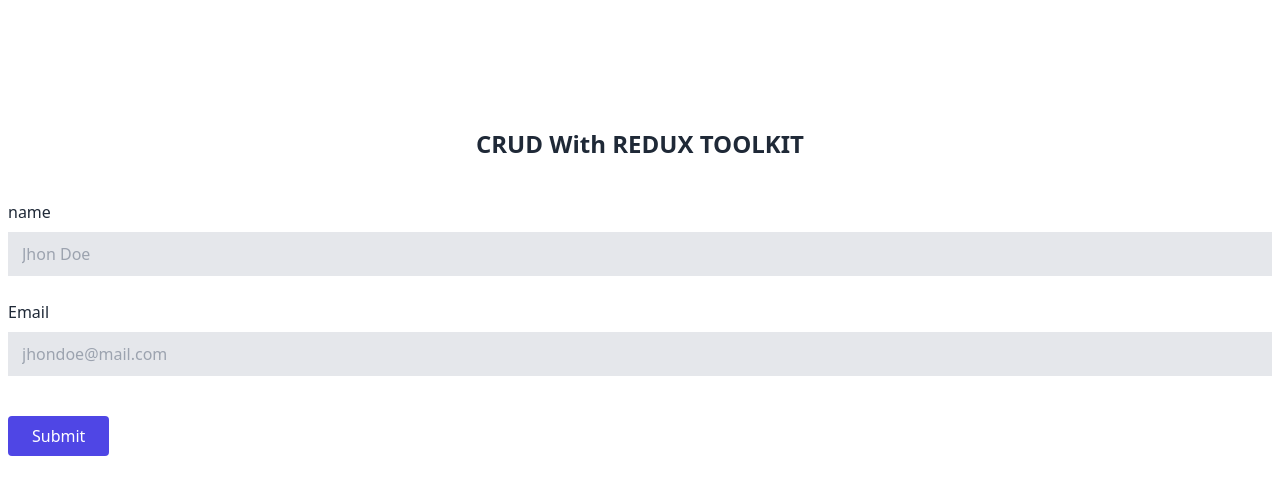
Repository: OmniaRafat232111121/Crud-reduxtoolkit
Page: /add
The author's editor kept a copy of each file at every save. The page is drawn from the files as they stood at one save, then again after the next save.
The browser window is 1280 px wide. The pictures show the whole page.
The project was rebuilt for these pictures with package versions that can differ from the ones it lists, and the page was loaded fresh each time. Also part of the build but not shown: src/features/users/UserList.jsx.

Above is the page before, as saved 2023-02-10 15:11:44.

After the next save:
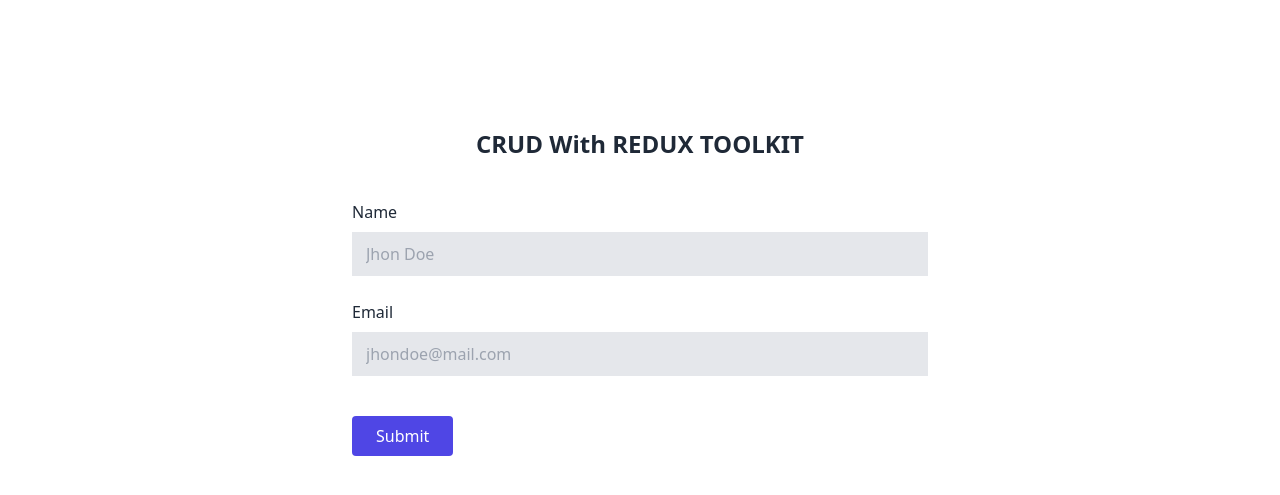
Saved 43 s later.
--- a/src/features/users/AddUser.jsx
+++ b/src/features/users/AddUser.jsx
@@ -1,45 +1,45 @@
-import React,{useState} from 'react'
-import { useDispatch } from 'react-redux'
-import Button from '../../components/Button'
-import TextField from '../../components/TextField'
-import  addUser  from './userSlice';
-import { useNavigate } from 'react-router-dom';
+import { useState } from "react"
+import { useDispatch } from "react-redux"
+import { useNavigate } from "react-router-dom"
 import { v4 as uuidv4 } from 'uuid';
+import Button from "../../components/Button"
+import TextField from "../../components/TextField"
+import { addUser } from "./userSlice"
+
 const AddUser = () => {
-    const navigate = useNavigate();
-    const dispatch = useDispatch();
-    const [values, setValues] = useState({
-        name: '',
-        email:''
-    })
-    const handleAddUser = () => {
-        setValues({ name: '', email: '' })
-        dispatch(addUser({
-            id:uuidv4(),
-            name:values.name,
-            email:values.email
-        }))
-        navigate("/");
-        console.log(values)
-    }
+  const dispatch = useDispatch();
+  const navigate = useNavigate();
+  const [values, setValues] = useState({
+    name: '',
+    email: ''
+  });
+
+  const handleAddUser = () => {
+    setValues({ name: '', email: '' });
+    dispatch(addUser({
+      id: uuidv4(),
+      name: values.name,
+      email: values.email
+    }));
+    navigate('/');
+  }
 
   return (
-      <div className='mt-10 max-w mx-auto'>
-          <TextField
-              label="name"
-              value={values.name}
-              onChange={(e) => setValues({ ...values, name: e.target.value })}
-            inputProps={{ type: 'text', placeholder: 'Jhon Doe' }}
-          />
-          <br />
+    <div className="mt-10 max-w-xl mx-auto">
+      <TextField
+        label="Name"
+        value={values.name}
+        onChange={(e) => setValues({ ...values, name: e.target.value })}
+        inputProps={{ type: 'text', placeholder: 'Jhon Doe' }}
+      />
+      <br />
       <TextField
         label="Email"
         value={values.email}
         onChange={(e) => setValues({ ...values, email: e.target.value })}
         inputProps={{ type: 'email', placeholder: 'jhondoe@mail.com' }}
       />
-          <Button onClick={handleAddUser}>Submit</Button>
-
+      <Button onClick={handleAddUser}>Submit</Button>
     </div>
   )
 }
